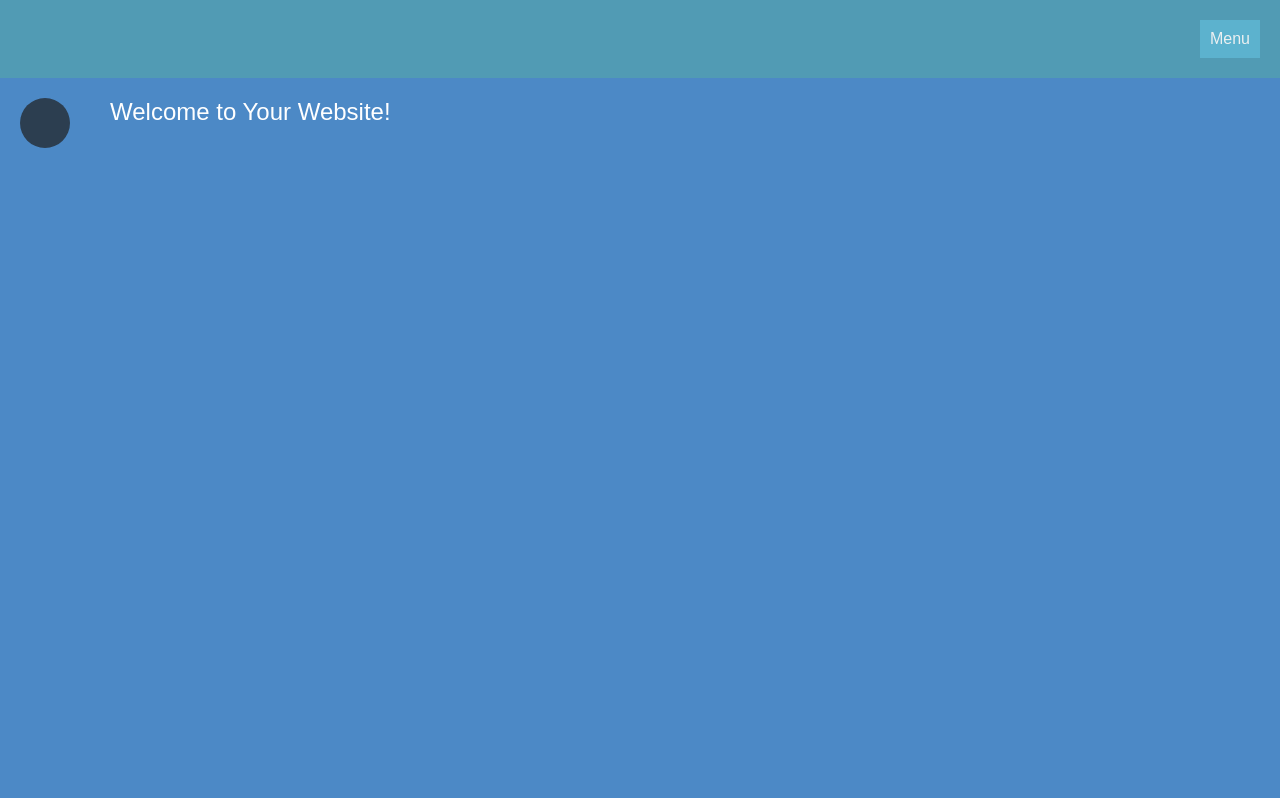
Repository: bliuzley13/Website_Portfolio
Page: Website_Portfolio/index.html
An editor plug-in stored every save of this project. The page is shown before and after the next save, followed by the edit.
The browser window is 1280 px wide. The pictures show the whole page.

Above is the page before, as saved 2024-02-05 17:19:36.

After the next save:
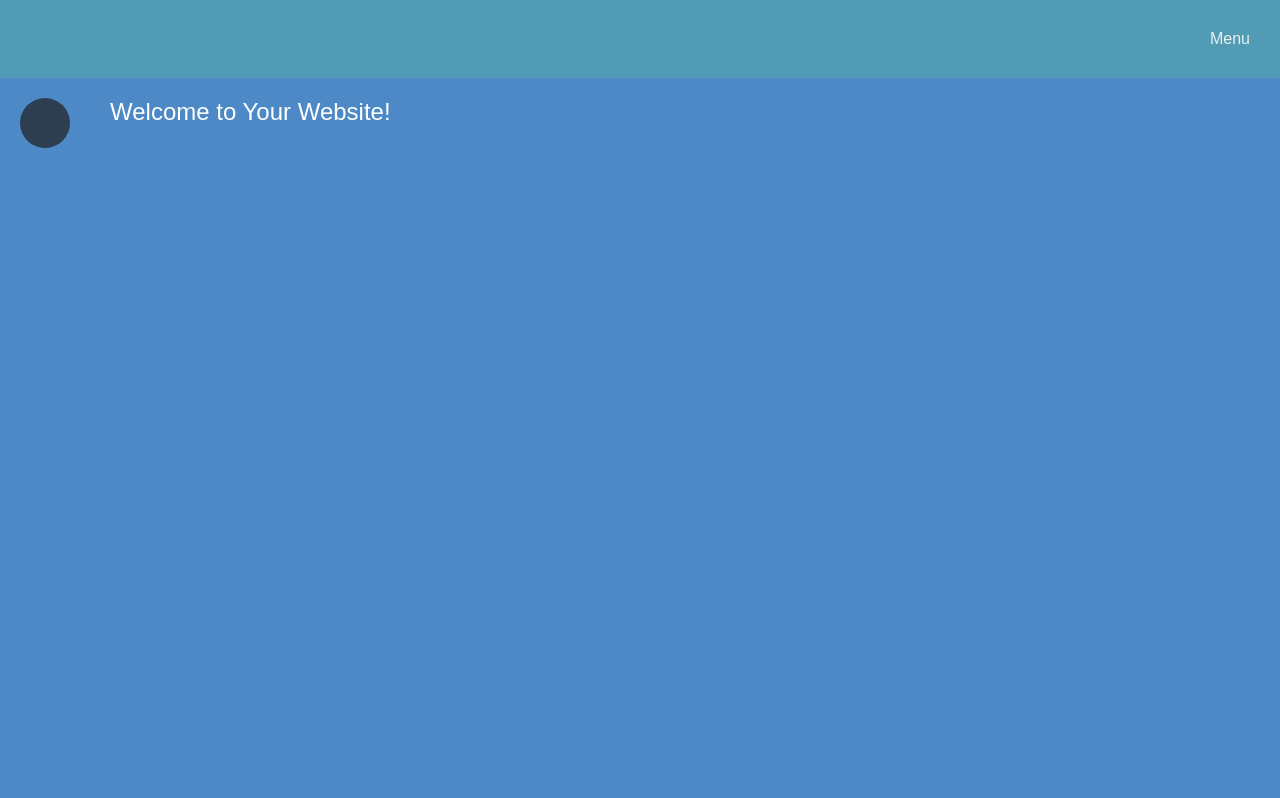
Saved 23 s later.
--- a/Website_Portfolio/index.html
+++ b/Website_Portfolio/index.html
@@ -25,7 +25,7 @@
         #menu-btn {
             margin-left: 20px;
             padding: 10px;
-            background-color: #5cb2ce; /* Light blue background color */
+            background-color: #519bb4; /* Light blue background color */
             color: #ecf0f1;
             cursor: pointer;
         }
@@ -35,7 +35,7 @@
             position: absolute;
             top: 70px;
             right: 20px;
-            background-color: #2c3e50; /* Darker blue for the subboxes */
+            background-color: #519bb4; /* Light blue background color */
             padding: 10px;
             border-radius: 5px;
         }
